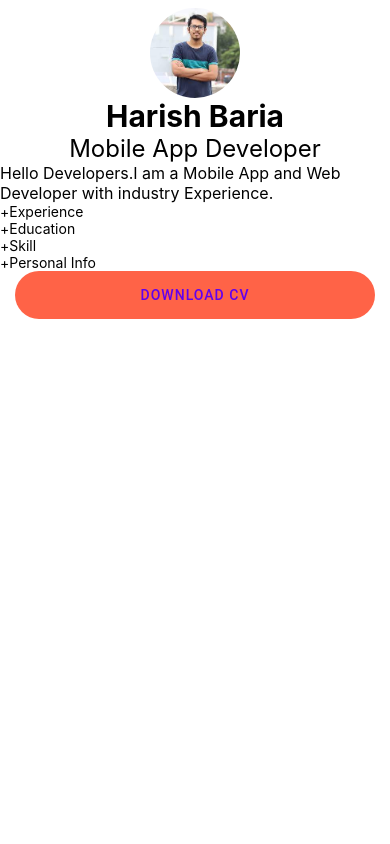
Repository: harishbariya/React-Native-ui-desiign
Screen: /
These files come from the project's save history. The screen is drawn as it stood at one moment and after the next save; the edit follows.
The app was drawn by React Native's web renderer in a window 390 px wide. The project was rebuilt for these pictures with package versions that can differ from the ones it lists, and the page was loaded fresh each time.

Above is the screen before, as saved 2021-11-17 15:01:30.

After the next save:
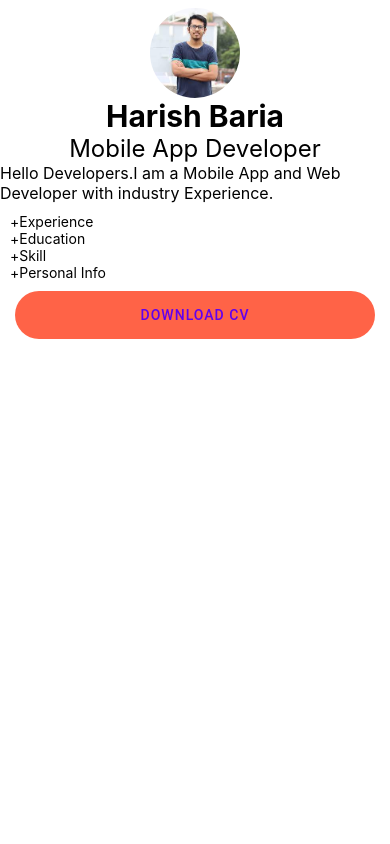
Saved 40 s later.
--- a/App.js
+++ b/App.js
@@ -29,10 +29,12 @@ class App extends Component
 
       <View>
 
-       <QulityPar name="Experience"/>
+    <View style={{margin:10}}>
+    <QulityPar name="Experience"/>
        <QulityPar name="Education"/>
        <QulityPar name="Skill"/>
        <QulityPar name="Personal Info"/>
+    </View>
 
 
 
